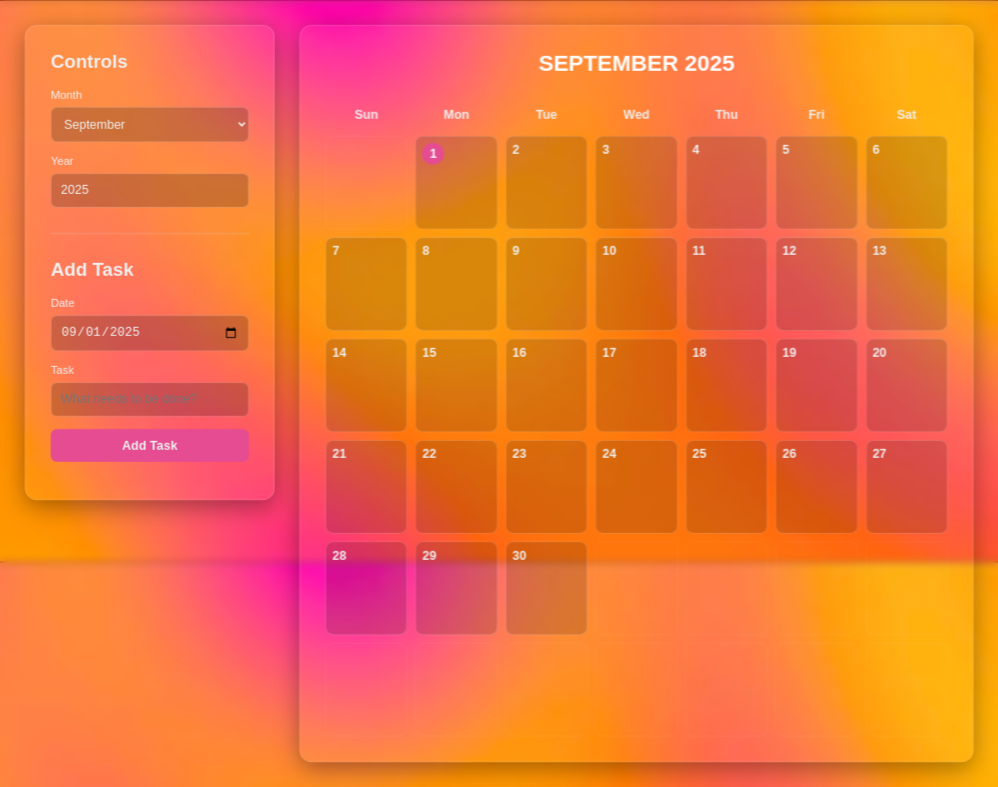
Repository: TanujaNair03/ToDo
Page: static/index.html
These files come from the project's save history. The page is drawn as it stood at one moment and after the next save; the edit follows.
The browser window is 1280 px wide. The pictures show the whole page, at 78% of full size.
The page's requests for data from a server got no answer. Backgrounds fixed to the window are drawn as part of the page.

Above is the page before, as saved 2025-09-01 16:11:14.

After the next save:
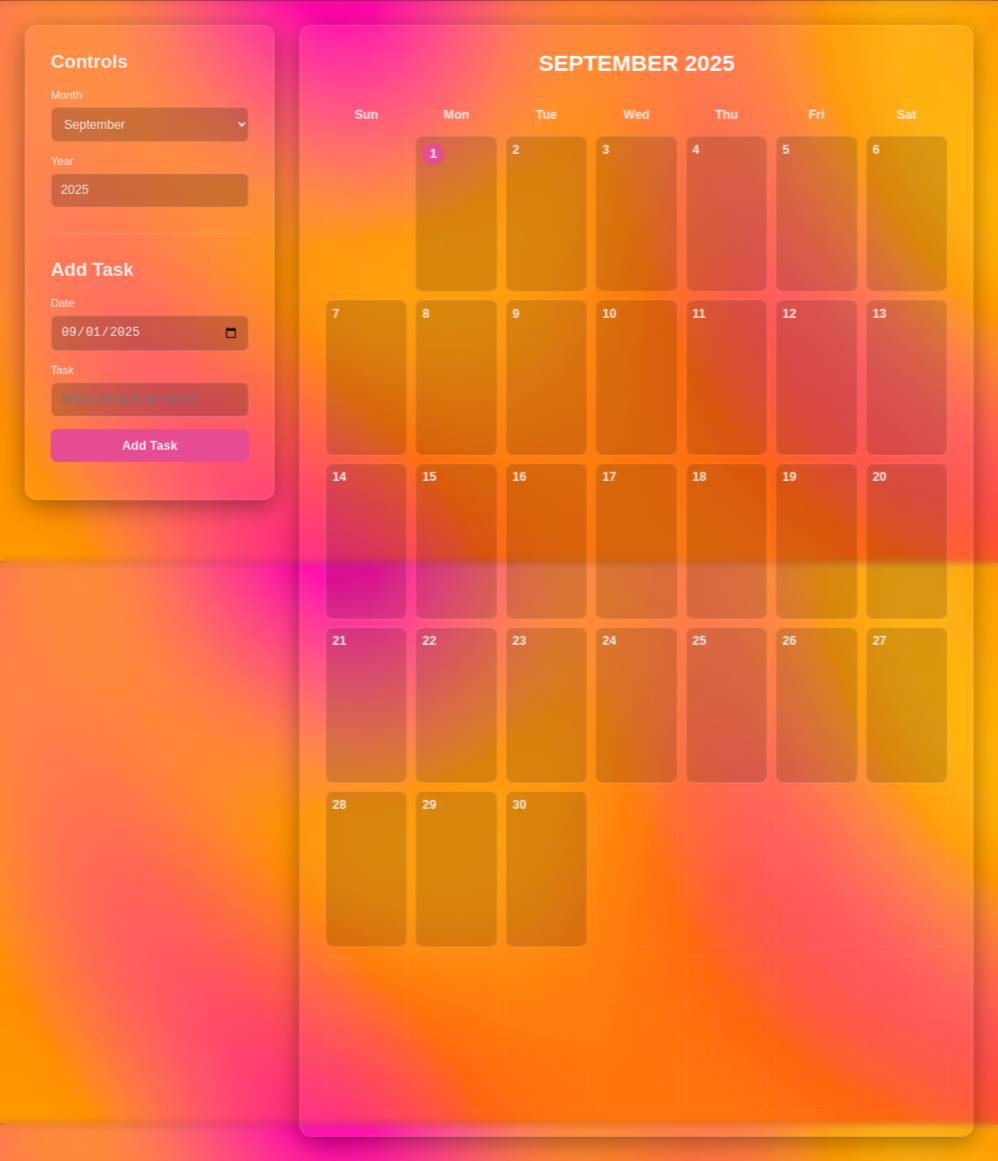
Saved 2 min 24 s later.
--- a/static/index.html
+++ b/static/index.html
@@ -92,7 +92,7 @@
         .day-header { text-align: center; font-weight: bold; color: var(--text-color); padding: 0.5rem 0; }
 
         .day-cell {
-            height: 120px;
+            height: 200px;
             overflow: hidden;
             padding: 8px;
             background: rgba(0, 0, 0, 0.15);
